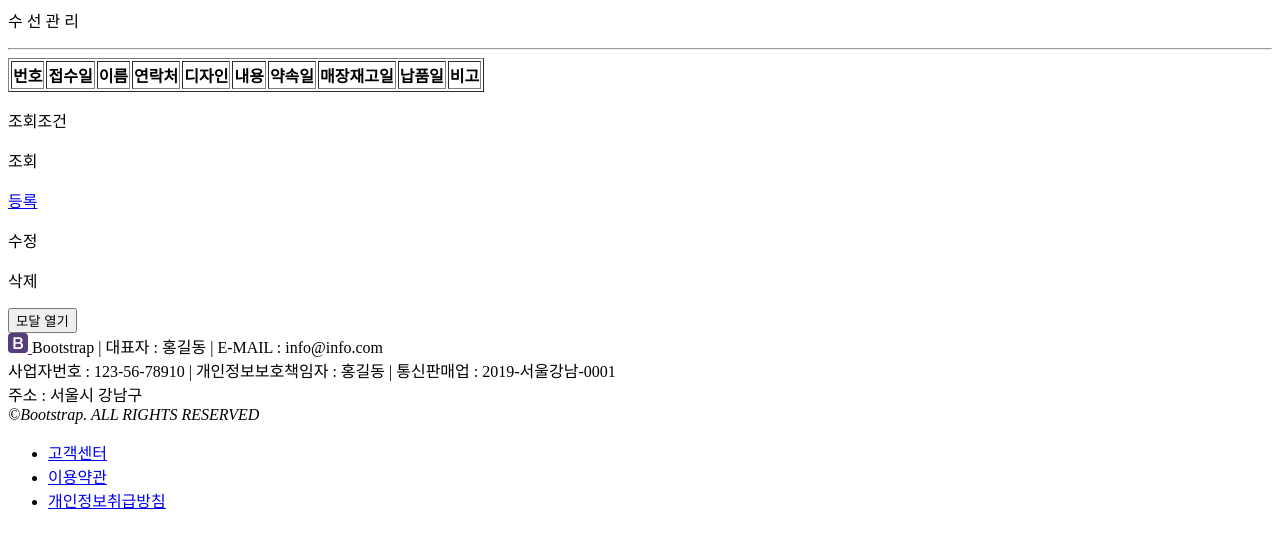
Repository: RattenLegs/Project_Inventory
Page: http://localhost/Project_Inventory/WEB-INF/views/repairboard/repairList.jsp
The author's editor kept a copy of each file at every save. The page is drawn from the files as they stood at one save, then again after the next save.
The browser window is 1280 px wide. The pictures show the whole page.
Some web libraries are served in a nearby version. The page is served by Tomcat 9. Nobody is signed in. The template is opened directly, without the code that normally fills it, so the values that code supplies are empty.

Above is the page before, as saved 2023-02-10 15:54:47.

After the next save:
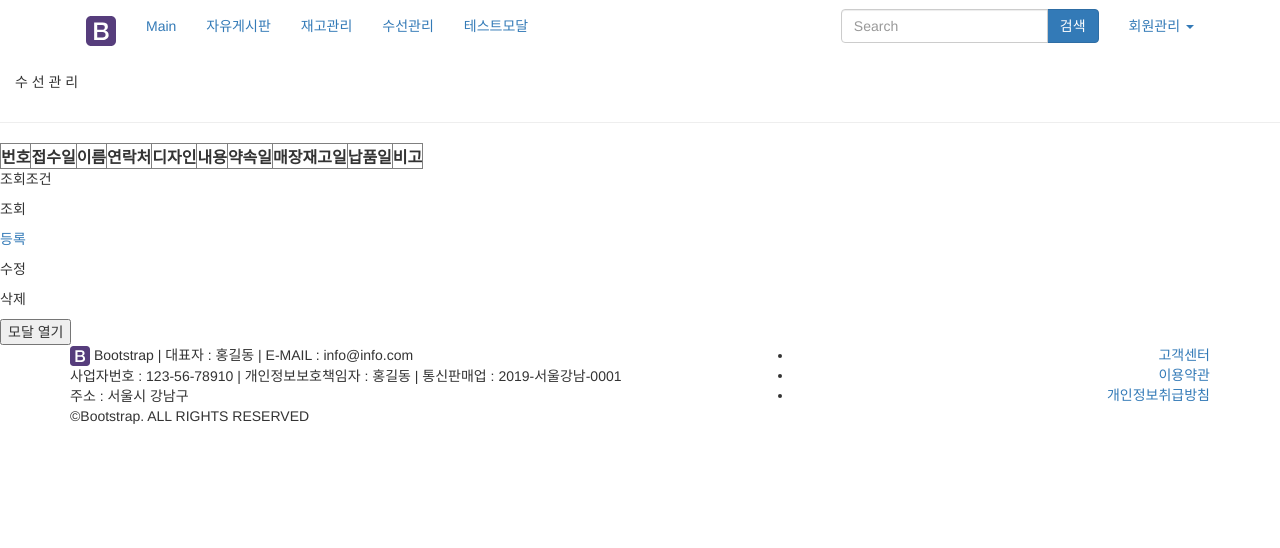
Saved 11 s later.
--- a/Project_Inventory/src/main/webapp/WEB-INF/views/repairboard/repairList.jsp
+++ b/Project_Inventory/src/main/webapp/WEB-INF/views/repairboard/repairList.jsp
@@ -55,8 +55,8 @@
 </style>
 
 <title>수선관리 시스템입니다.</title>
-<%-- <%@ include file="../../views/include/header.jsp"%> //header와 모달의 충돌 관리
- --%>
+<%@ include file="../../views/include/header.jsp"%>
+
 </head>
 <body>
 	<section>
